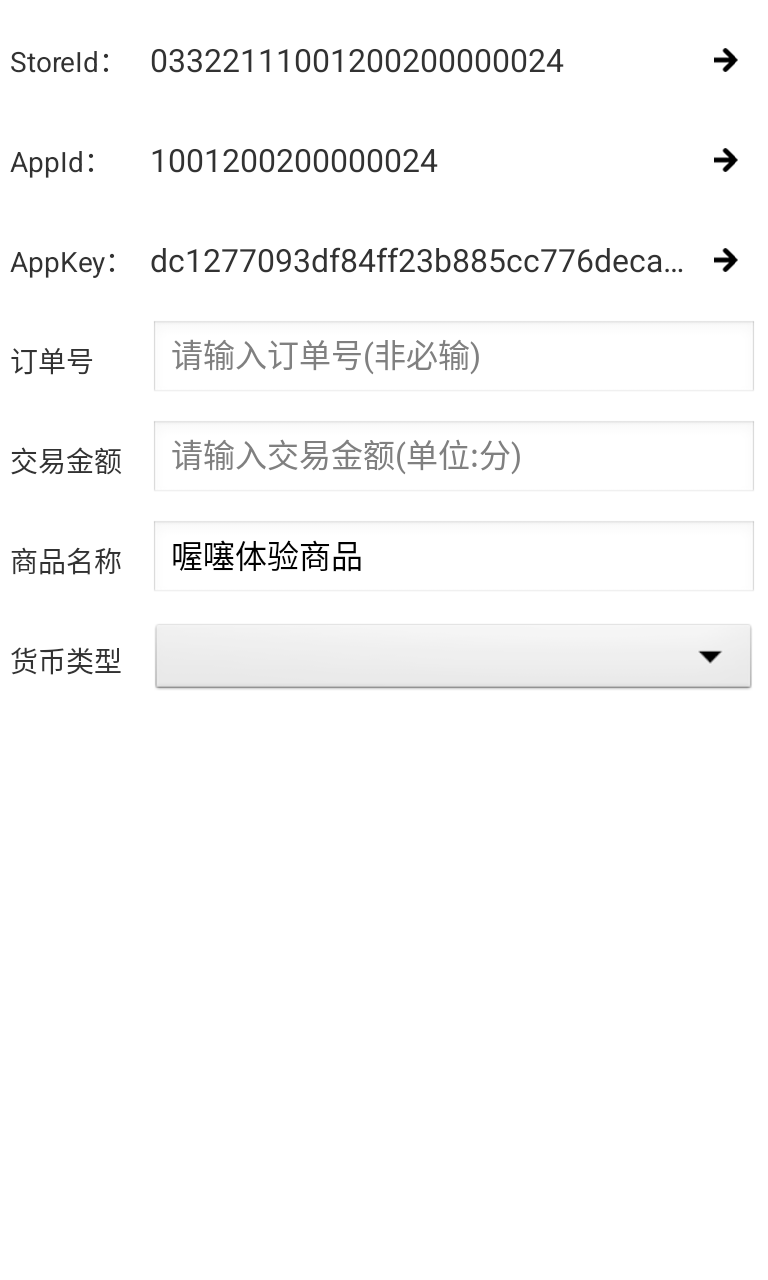
Repository: blanks1314/sysnc_android
Layout: UpayDemo/res/layout/fragment_setting.xml
An editor plug-in stored every save of this project. The layout is shown before and after the next save, followed by the edit.
It is drawn on a 768 x 1280 px phone screen (xhdpi) without system bars, with theme AppTheme; the app's code is not run.

Above is the layout before, as saved 2015-04-28 05:40:54.

After the next save:
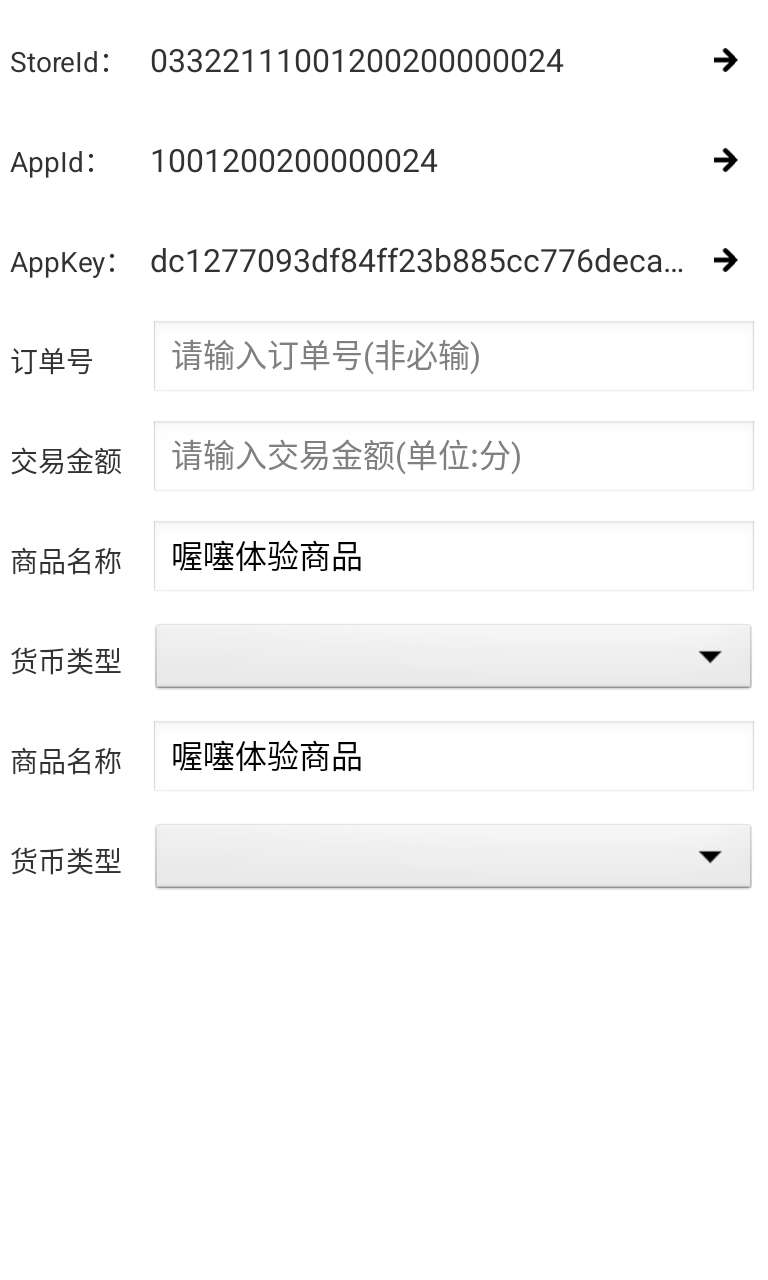
Saved 62 s later.
--- a/UpayDemo/res/layout/fragment_setting.xml
+++ b/UpayDemo/res/layout/fragment_setting.xml
@@ -112,6 +112,33 @@
 
     </LinearLayout>
 
+    <LinearLayout style="@style/linear_style_1" >
+
+        <TextView
+            android:layout_width="70dp"
+            android:layout_height="wrap_content"
+            android:text="商品名称" />
+
+        <EditText
+            android:id="@+id/tv_subject"
+            style="@style/edit_style_1"
+            android:text="喔噻体验商品"/>
+
+    </LinearLayout>
+
+    <LinearLayout style="@style/linear_style_1" >
+
+        <TextView
+            android:layout_width="70dp"
+            android:layout_height="wrap_content"
+            android:text="货币类型" />
+
+        <Spinner android:id="@+id/spn_currType"
+            style="@style/spn_style_1"
+            />
+
+    </LinearLayout>
+
 
 
 </LinearLayout>
